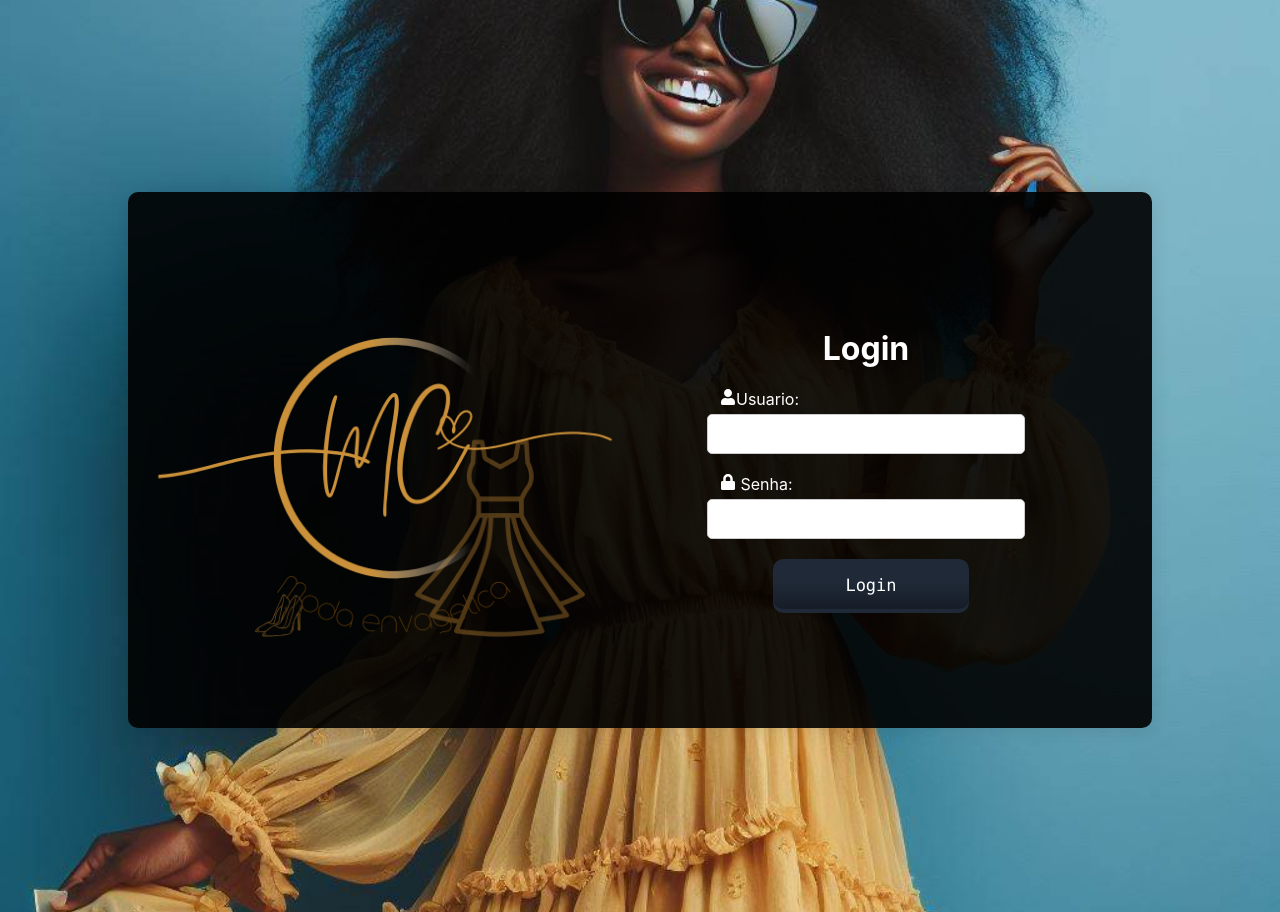
Repository: Mixchelle/ecommerce-moda-evangelica
Page: /login-admin
The author's editor kept a copy of each file at every save. The page is drawn from the files as they stood at one save, then again after a run of saves.
The browser window is 1280 px wide. The pictures show the whole page.
The project was rebuilt for these pictures with package versions that can differ from the ones it lists, and the page was loaded fresh each time. Also part of the build but not shown: src/components/Header.js, src/components/CategoriesFilter.js, src/pages/Home.js, src/pages/Login.js, src/pages/Admin.js, src/pages/Cart.js.

Above is the page before, as saved 2024-04-29 22:34:38.

### src/App.js
import React from 'react';
import { BrowserRouter as Router, Routes, Route } from 'react-router-dom';
import './App.css';
import Home from './pages/Home';
import Login from './pages/Login';
import LoginAdmin from './pages/LoginAdmin';
import Admin from './pages/Admin';
import Cart from './pages/Cart';

function App() {
  return (
    <Router>
      <div className="App">
        <Routes>
          <Route exact path="/" element={<Home />} />
          <Route path="/login" element={<Login />} />
          <Route path="/login-admin" element={<LoginAdmin />} />
          <Route path="/admin" element={<Admin />} />
          <Route path="/cart" element={<Cart />} />
        </Routes>
      </div>
    </Router>
  );
}

export default App;

### src/pages/LoginAdmin.jsx
import React, { useState } from 'react';
import { FaUser, FaLock } from 'react-icons/fa';
import '../style/Login.css';
import logo from '../assets/logo-sem-fundo.png';

const LoginAdmin = () => {

    const [username, setUsername] = useState('');
    const [password, setPassword] = useState('');
    // Usando o hook useWebSocket para receber dados do WebSocket

    const handleSubmit = async (e) => {
      e.preventDefault();
      try {

      } catch (error) {

      }
    };


    return (
      <div className="login-container">
        <div className="image-container">
          <img src={logo} alt="Logo da Empresa" />
        </div>
        <div className="form-container">
          <h1>Login</h1>
          <form onSubmit={handleSubmit}>
            <div className="form-group">
              <label htmlFor="username">
                <FaUser />
                Usuario:
              </label>
              <input
                type="text"
                id="username"
                name="username"
                value={username}
                onChange={(e) => setUsername(e.target.value)}
              />
            </div>
            <div className="form-group">
              <label htmlFor="password">
                <FaLock /> Senha:
              </label>
              <input
                type="password"
                id="password"
                name="password"
                value={password}
                onChange={(e) => setPassword(e.target.value)}
              />
            </div>
            <button type="submit">
              <span className="transition"></span>
              <span className="gradient"></span>
              <span className="label">Login</span>
            </button>
          </form>
        </div>
      </div>
    );
  };

  export default LoginAdmin;

### src/style/Login.css
body {
  background-image: url('../assets/OIG2.3KeraQGUKquJ4o.jpeg');
  background-size: cover;
  background-repeat: no-repeat;
  background-position: center;
  height:100vh;
  margin: 0;
  padding: 0;
}

.login-container {
  margin-top: 15%;
  margin-bottom: auto;
  margin-left: auto;
  margin-right: auto;
  display: flex;
  width: 80%;
  justify-content: center;
  align-items: center;
  background-color: rgba(0, 0, 0, 0.9);
  border-radius: 10px;
  box-shadow: 0 0 20px rgba(0, 0, 0, 0.1);
}

.image-container {
  flex: 1;
}

.image-container img {
  max-width: 100%;
  flex: 1;
  padding: 20px;
}

.form-container {
  flex: 1;

  margin-right: 40px;
}

.form-container h1 {
  color: #fff;
  text-align: center;

}

.form-group {
  margin-bottom: 20px;
  text-align: center;
  color: #fff;
  justify-content: center;
}

.form-group label {
  display: block;
  margin-bottom: 5px;
  text-align: left;
  margin-left: 100px;
  color: #fff;
}

.form-group input {
  width: 60%;
  padding: 10px;
  font-size: 16px;
  border: 1px solid #ccc;
  border-radius: 5px;
  outline: none;

}

button {
  width: 40%;
  padding: 10px;
  font-size: 18px;
  color: #fff;
  background-color: #007bff; /* Azul moderno */
  border: none;
  border-radius: 5px;
  cursor: pointer;
  outline: none;
  transition: background-color 0.3s ease;
  margin-left: 10px;
}

button:hover {
  background-color: #0056b3; /* Azul mais escuro ao passar o mouse */
}

button {
  font-family: ui-monospace, SFMono-Regular, Menlo, Monaco, Consolas,
    'Liberation Mono', 'Courier New', monospace;
  font-size: 17px;
  padding: 1em 2.7em;
  font-weight: 500;
  background: #1f2937;
  color: white;
  border: none;
  position: relative;
  overflow: hidden;
  border-radius: 0.6em;
  cursor: pointer;
  text-align: center;
}

.gradient {
  position: absolute;
  width: 100%;
  height: 100%;
  left: 0;
  top: 0;
  border-radius: 0.6em;
  margin-top: -0.25em;
  background-image: linear-gradient(
    rgba(0, 0, 0, 0),
    rgba(0, 0, 0, 0),
    rgba(0, 0, 0, 0.3)
  );
}

.label {
  position: relative;
  top: -1px;
}

.transition {
  transition-timing-function: cubic-bezier(0, 0, 0.2, 1);
  transition-duration: 500ms;
  background-color: rgba(16, 185, 129, 0.6);
  border-radius: 9999px;
  width: 0;
  height: 0;
  position: absolute;
  left: 50%;
  top: 50%;
  transform: translate(-50%, -50%);
}

button:hover .transition {
  width: 14em;
  height: 14em;
}

button:active {
  transform: scale(0.97);
}

@media (max-width: 768px) {
  /* Para dispositivos com largura mínima de 768px (tablets e desktops) */
  .login-container {
    display: flex;
    flex-direction: column;
    height:80vh;
    width: 95%;
    margin-top: 30%;
    background-color: rgba(0, 0, 0, 0.7);

  }

  .image-container {
    flex: 1;
    margin-bottom: 0;
    width: 200px;
margin-left: 1px;
  }

  .form-container {
    flex: 2;
width: 130%;
padding: 10px;
justify-content: center;
margin-left: 30px;

  }
}

Loaded but not shown: public/index.html (common file); src/index.js (common file); src/index.css (common file); src/reportWebVitals.js (common file); src/App.css (common file)

After the next 2 saves:
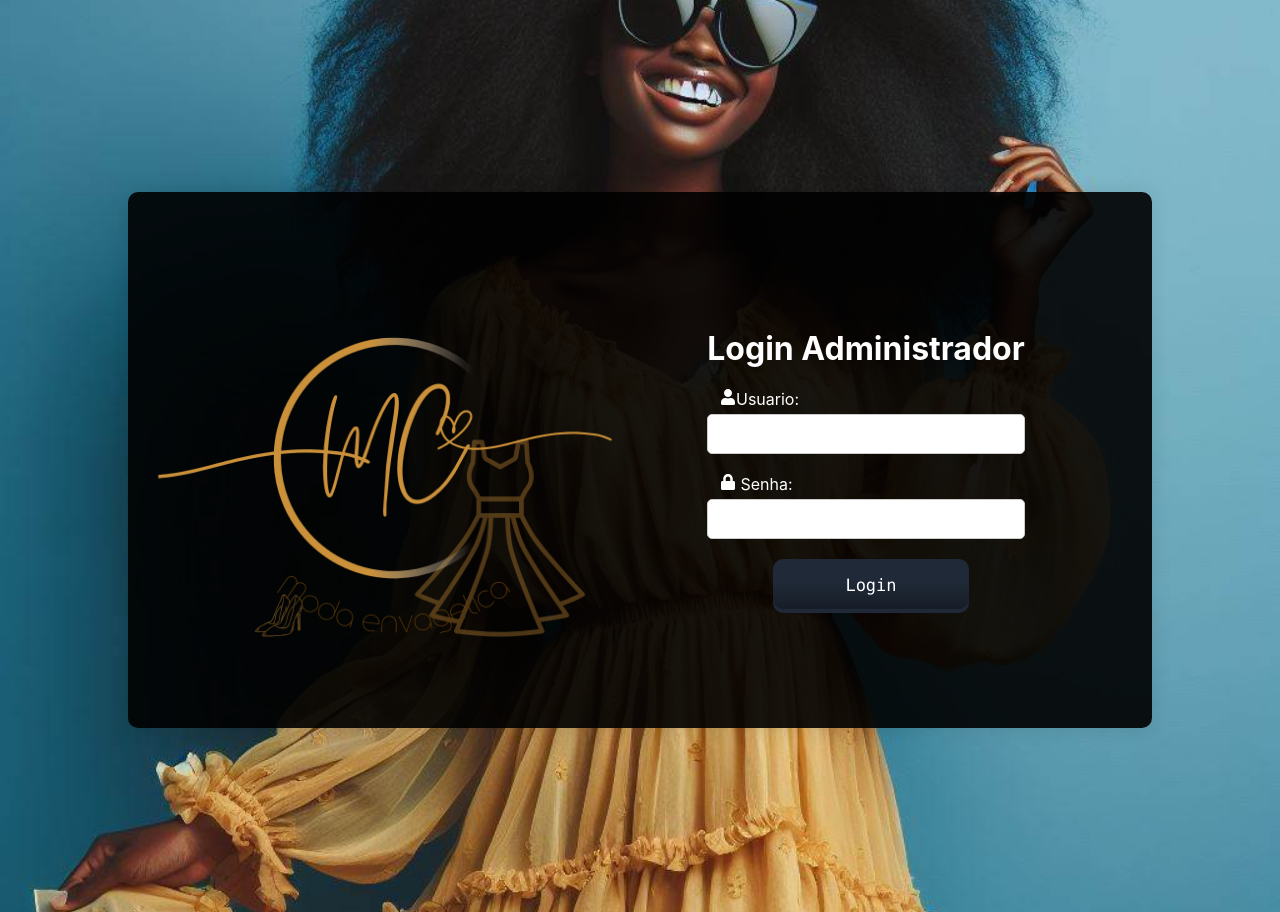
The 2 saves are shown as one change because they came seconds apart.
The last was saved 5 min 28 s later.
--- a/src/pages/LoginAdmin.jsx
+++ b/src/pages/LoginAdmin.jsx
@@ -25,7 +25,7 @@
           <img src={logo} alt="Logo da Empresa" />
         </div>
         <div className="form-container">
-          <h1>Login</h1>
+          <h1>Login Administrador</h1>
           <form onSubmit={handleSubmit}>
             <div className="form-group">
               <label htmlFor="username">
